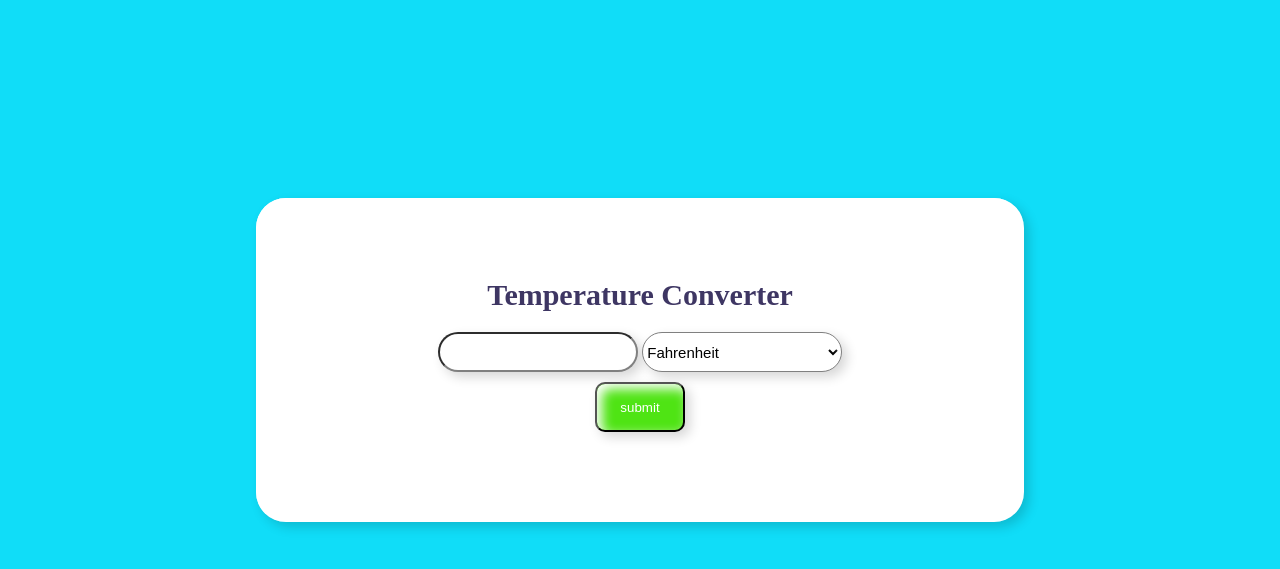
Repository: Mayur2905/OIBSIP
Page: Task-4/index.html
These files come from the project's save history. The page is drawn as it stood at one moment and after the next save; the edit follows.
The browser window is 1280 px wide. The pictures show the whole page.

Above is the page before, as saved 2022-02-03 23:34:06.

After the next save:
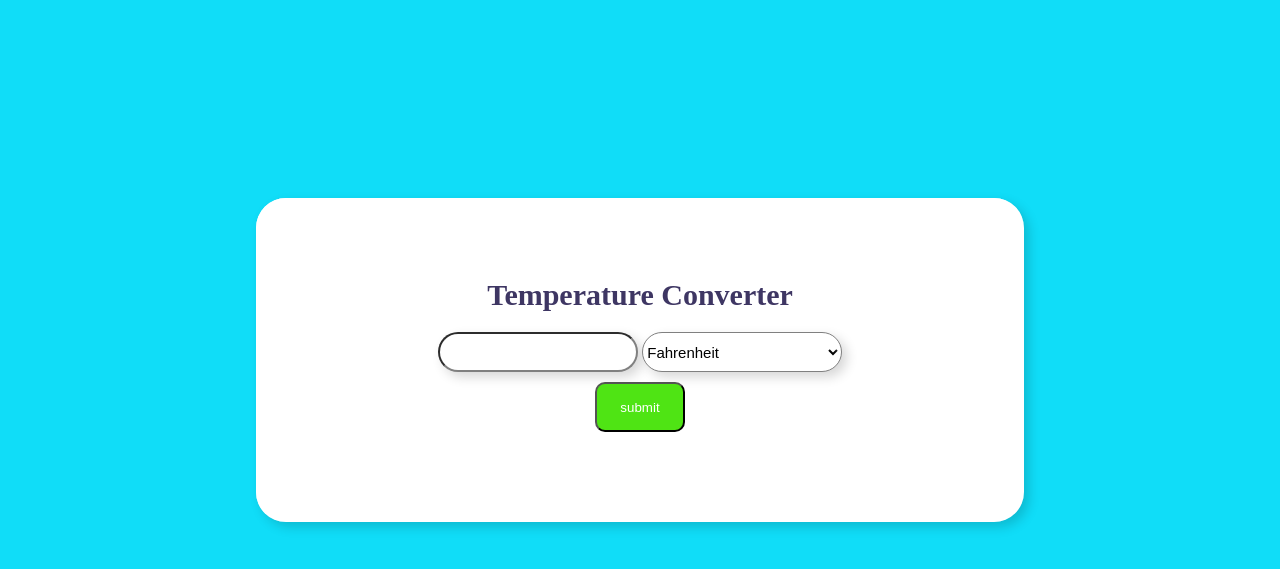
Saved 60 s later.
--- a/Task-4/style.css
+++ b/Task-4/style.css
@@ -63,7 +63,6 @@ label {
   color: white;
   margin: 10px;
   border-radius: 10px;
-  box-shadow: inset 5px 5px 12px #ffffff, 5px 5px 12px rgba(0, 0, 0, 0.16);
 }
 #result {
   font-size: 15px;
